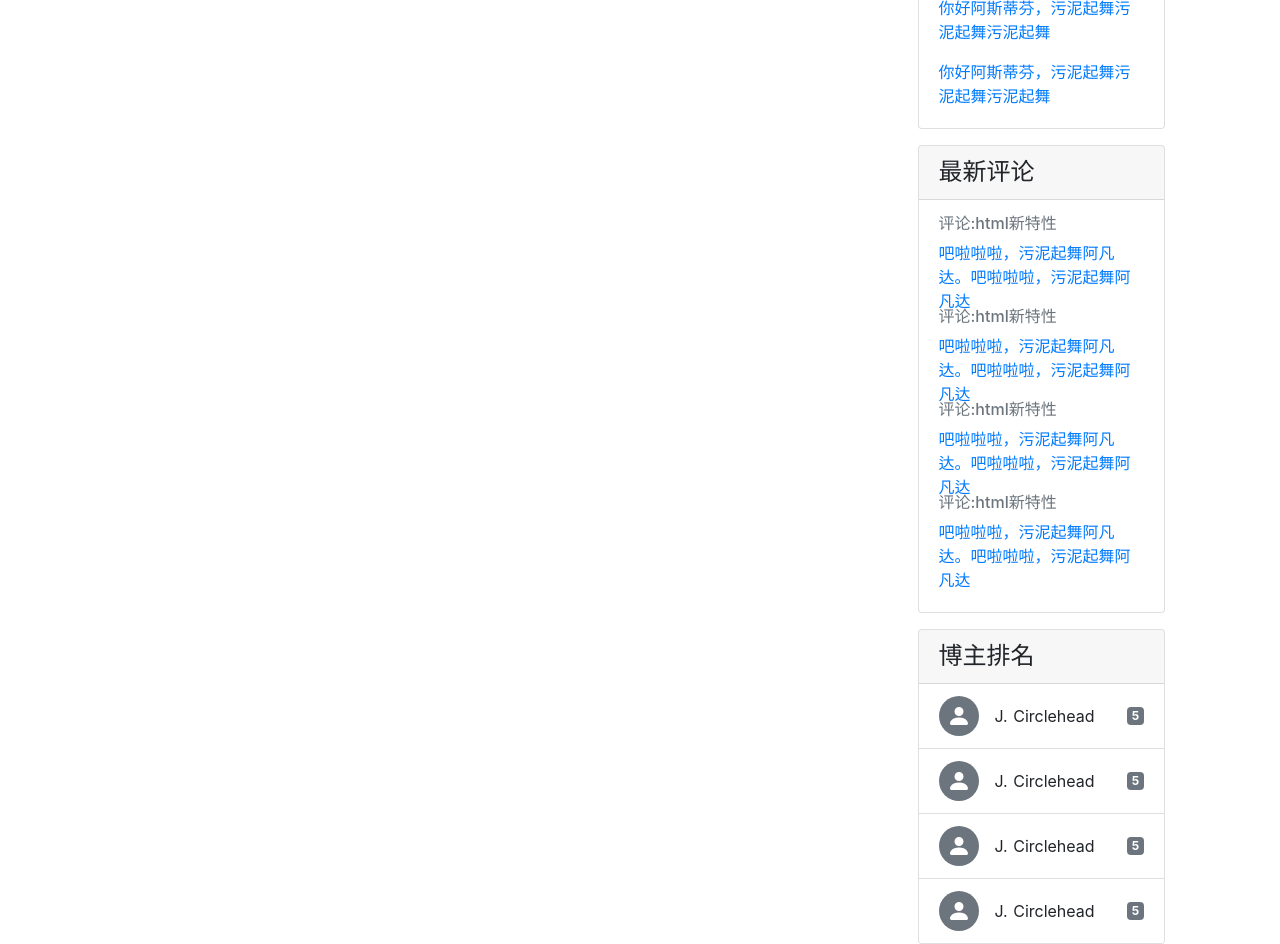
Repository: MTTTM/nuxt-xiaomatata
Page: /
The author's editor kept a copy of each file at every save. The page is drawn from the files as they stood at one save, then again after the next save.
The browser window is 1280 px wide. The pictures show the part of the page from y = 887 to 1839 px (the page is 1831 px tall before and 1839 px after).
The project was rebuilt for these pictures with package versions that can differ from the ones it lists, and the page was loaded fresh each time. The framework's server and built-in components were replaced by stand-ins that run in the browser. Also part of the build but not shown: nuxt.config.js, components/Logo.vue, components/aboutMe.vue, components/articleListItem.vue, components/bloggerRanking.vue, components/carouselBox.vue, components/classifyList.vue, components/commentBox.vue and 7 more. Imported but missing from the stored project, and not drawn on this page: components/cmSpinner, mixins/scrollLoad.

Above is the page before, as saved 2021-04-10 12:09:27.

### assets/style/comm.scss
body{
  .container{
    min-height: auto;
    justify-content: start;
    text-align: left;
  }
}

### components/breadCrumb.vue
<template>
  <b-breadcrumb :items="items"></b-breadcrumb>
</template>

<script>
export default {
  data() {
    return {
      items: [
        {
          text: "Admin",
          href: "#",
        },
        {
          text: "Manage",
          href: "#",
        },
        {
          text: "Library",
          active: true,
        },
      ],
    };
  },
};
</script>

### components/navBar.vue
<template>
  <div class="nav-bar">
    <b-navbar toggleable="lg" type="dark" variant="info" fixed="top">
      <b-navbar-brand href="#"> 塔塔 </b-navbar-brand>

      <b-navbar-toggle target="nav-collapse" />

      <b-collapse id="nav-collapse" is-nav>
        <b-navbar-nav>
          <b-nav-item href="#"> Link </b-nav-item>
          <b-nav-item href="#" disabled> Disabled </b-nav-item>
          <b-nav-item-dropdown text="Lang" right>
            <b-dropdown-item href="#"> EN </b-dropdown-item>
            <b-dropdown-item href="#"> ES </b-dropdown-item>
            <b-dropdown-item href="#"> RU </b-dropdown-item>
            <b-dropdown-item href="#"> FA </b-dropdown-item>
          </b-nav-item-dropdown>
        </b-navbar-nav>

        <!-- Right aligned nav items -->
        <b-navbar-nav class="ml-auto">
          <b-nav-form>
            <b-form-input size="sm" class="mr-sm-2" placeholder="Search" />

            <b-button size="sm" class="my-2 my-sm-0" type="submit">
              Search
            </b-button>
          </b-nav-form>

          <b-nav-item-dropdown right>
            <!-- Using 'button-content' slot -->
            <template #button-content>
              <b-avatar
                variant="info"
                src="https://placekitten.com/300/300"
              ></b-avatar>
              <em>User</em>
            </template>

            <b-dropdown-item href="#"> Profile </b-dropdown-item>
            <b-dropdown-item href="#"> Sign Out </b-dropdown-item>
          </b-nav-item-dropdown>
        </b-navbar-nav>
      </b-collapse>
    </b-navbar>
  </div>
</template>
<script>
export default {};
</script>
<style lang="scss">
* {
  margin: 0;
  padding: 0;
}
</style>

### layouts/default.vue
<template>
  <div>
    <navBar />
    <Nuxt />
  </div>
</template>
<script>
import navBar from "../components/navBar";
export default {
  components: { navBar }
};
</script>
<style>
html {
  font-size: 16px;
  word-spacing: 1px;
  -ms-text-size-adjust: 100%;
  -webkit-text-size-adjust: 100%;
  -moz-osx-font-smoothing: grayscale;
  -webkit-font-smoothing: antialiased;
  box-sizing: border-box;
}
</style>

### pages/index.vue
<template>
  <div>
    <b-carousel
      id="carousel-1"
      v-model="slide"
      :interval="4000"
      controls
      indicators
      background="#ababab"
      img-width="1024"
      img-height="480"
      style="text-shadow: 1px 1px 2px #333"
      @sliding-start="onSlideStart"
      @sliding-end="onSlideEnd"
    >
      <!-- Text slides with image -->
      <b-carousel-slide
        caption="First slide"
        text="Nulla vitae elit libero, a pharetra augue mollis interdum."
        img-src="https://picsum.photos/1024/480/?image=52"
      ></b-carousel-slide>

      <!-- Slides with custom text -->
      <b-carousel-slide img-src="https://picsum.photos/1024/480/?image=54">
        <h1>Hello world!</h1>
      </b-carousel-slide>

      <!-- Slides with image only -->
      <b-carousel-slide
        img-src="https://picsum.photos/1024/480/?image=58"
      ></b-carousel-slide>

      <!-- Slides with img slot -->
      <!-- Note the classes .d-block and .img-fluid to prevent browser default image alignment -->
      <b-carousel-slide>
        <template #img>
          <img
            class="d-block img-fluid w-100"
            width="1024"
            height="480"
            src="https://picsum.photos/1024/480/?image=55"
            alt="image slot"
          />
        </template>
      </b-carousel-slide>

      <!-- Slide with blank fluid image to maintain slide aspect ratio -->
      <b-carousel-slide caption="Blank Image" img-blank img-alt="Blank image">
        <p>
          Lorem ipsum dolor sit amet, consectetur adipiscing elit. Suspendisse
          eros felis, tincidunt a tincidunt eget, convallis vel est. Ut
          pellentesque ut lacus vel interdum.
        </p>
      </b-carousel-slide>
    </b-carousel>

    <b-container>
      <breadCrumb class="w-100" />
    </b-container>
    <b-container>
      <b-row class="w-100">
        <b-col cols="9" md="9" sm="12">1 of 2</b-col>
        <b-col cols="3" md="3" sm="12">
          <b-card no-body style="max-width: 20rem">
            <template #header>
              <h4 class="mb-0">热文推荐</h4>
            </template>

            <b-card-body>
              <b-card-text>
                <a href="#" class="card-link"
                  >你好阿斯蒂芬，污泥起舞污泥起舞污泥起舞</a
                >
              </b-card-text>
              <b-card-text>
                <a href="#" class="card-link">Card link</a>
              </b-card-text>
              <b-card-text>
                <a href="#" class="card-link">Card link</a>
              </b-card-text>
              <b-card-text>
                <a href="#" class="card-link"
                  >你好阿斯蒂芬，污泥起舞污泥起舞污泥起舞</a
                >
              </b-card-text>
              <b-card-text>
                <a href="#" class="card-link"
                  >你好阿斯蒂芬，污泥起舞污泥起舞污泥起舞</a
                >
              </b-card-text>
            </b-card-body>
          </b-card>

          <b-card no-body style="margin-top: 1rem">
            <template #header>
              <h4 class="mb-0">最新评论</h4>
            </template>

            <b-card-body>
              <a href="#">
                <b-card-sub-title class="mb-2"
                  >评论:html新特性</b-card-sub-title
                >
                <b-card-text>
                  吧啦啦啦，污泥起舞阿凡达。吧啦啦啦，污泥起舞阿凡达
                </b-card-text>
              </a>
              <a href="#">
                <b-card-sub-title class="mb-2"
                  >评论:html新特性</b-card-sub-title
                >
                <b-card-text>
                  吧啦啦啦，污泥起舞阿凡达。吧啦啦啦，污泥起舞阿凡达
                </b-card-text>
              </a>
              <a href="#">
                <b-card-sub-title class="mb-2"
                  >评论:html新特性</b-card-sub-title
                >
                <b-card-text>
                  吧啦啦啦，污泥起舞阿凡达。吧啦啦啦，污泥起舞阿凡达
                </b-card-text>
              </a>
              <a href="#">
                <b-card-sub-title class="mb-2"
                  >评论:html新特性</b-card-sub-title
                >
                <b-card-text>
                  吧啦啦啦，污泥起舞阿凡达。吧啦啦啦，污泥起舞阿凡达
                </b-card-text>
              </a>
            </b-card-body>
          </b-card>
          <b-card no-body style="margin-top: 1rem">
            <template #header>
              <h4 class="mb-0">博主排名</h4>
            </template>
            <b-list-group flush>
              <b-list-group-item class="d-flex align-items-center">
                <b-avatar class="mr-3"></b-avatar>
                <span class="mr-auto">J. Circlehead</span>
                <b-badge>5</b-badge>
              </b-list-group-item>
              <b-list-group-item class="d-flex align-items-center">
                <b-avatar class="mr-3"></b-avatar>
                <span class="mr-auto">J. Circlehead</span>
                <b-badge>5</b-badge>
              </b-list-group-item>
              <b-list-group-item class="d-flex align-items-center">
                <b-avatar class="mr-3"></b-avatar>
                <span class="mr-auto">J. Circlehead</span>
                <b-badge>5</b-badge>
              </b-list-group-item>
              <b-list-group-item class="d-flex align-items-center">
                <b-avatar class="mr-3"></b-avatar>
                <span class="mr-auto">J. Circlehead</span>
                <b-badge>5</b-badge>
              </b-list-group-item>
            </b-list-group>
          </b-card>
        </b-col>
      </b-row>
    </b-container>
  </div>
</template>
<script>
import breadCrumb from "../components/breadCrumb";
export default {
  components: { breadCrumb },
};
</script>
<style>
.container {
  margin: 0 auto;
  min-height: 100vh;
  display: flex;
  justify-content: center;
  align-items: center;
  text-align: center;
}

.title {
  display: block;
  font-weight: 300;
  font-size: 100px;
  color: #35495e;
  letter-spacing: 1px;
}

.subtitle {
  font-weight: 300;
  font-size: 42px;
  color: #526488;
  word-spacing: 5px;
  padding-bottom: 15px;
}

.links {
  padding-top: 15px;
}
</style>

Loaded but not shown: store/system.js (no copy from this time; the picture is the same without it)

After the next save:
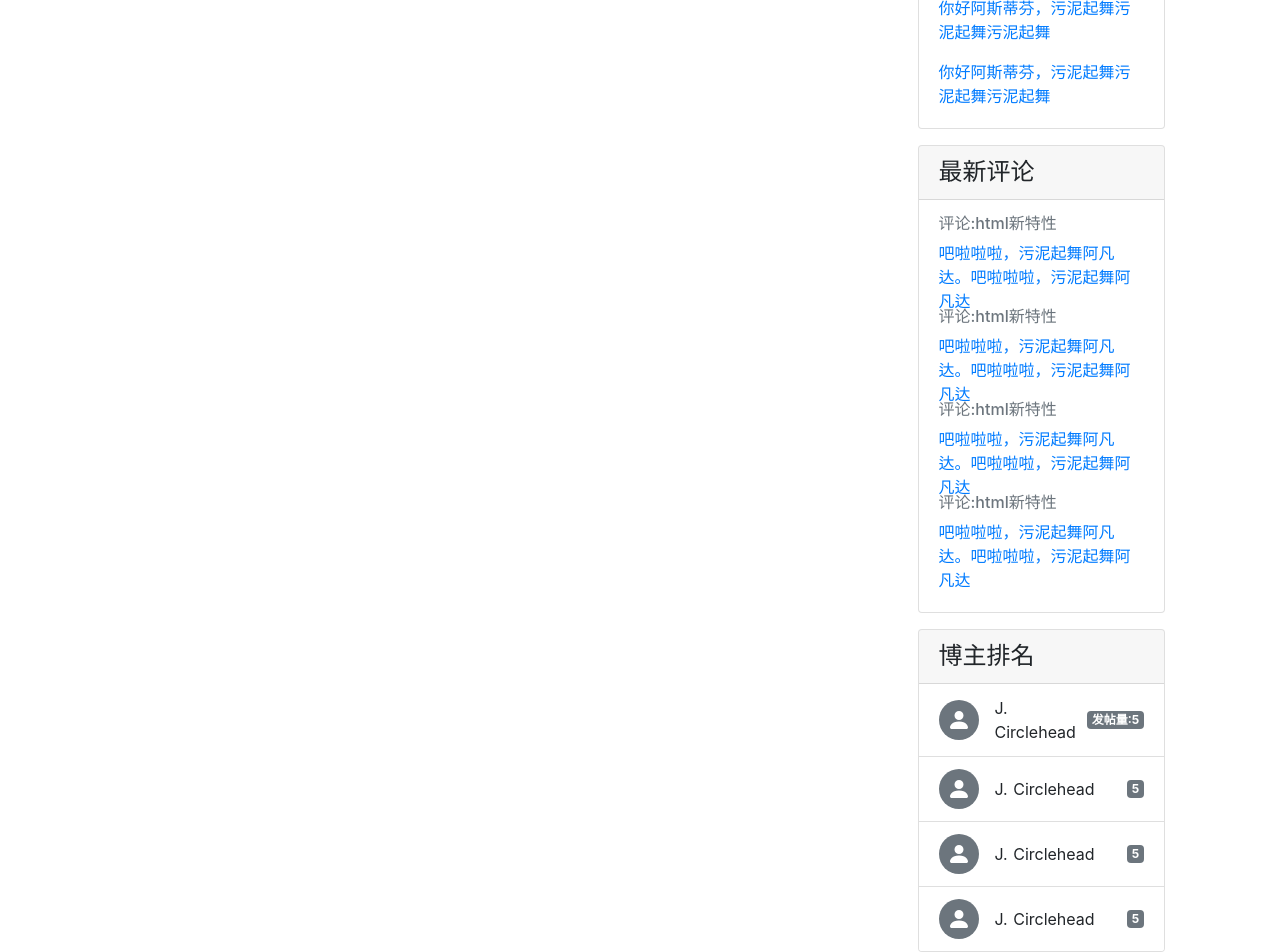
Saved 44 s later.
--- a/pages/index.vue
+++ b/pages/index.vue
@@ -139,7 +139,7 @@
               <b-list-group-item class="d-flex align-items-center">
                 <b-avatar class="mr-3"></b-avatar>
                 <span class="mr-auto">J. Circlehead</span>
-                <b-badge>5</b-badge>
+                <b-badge>发帖量:5</b-badge>
               </b-list-group-item>
               <b-list-group-item class="d-flex align-items-center">
                 <b-avatar class="mr-3"></b-avatar>
